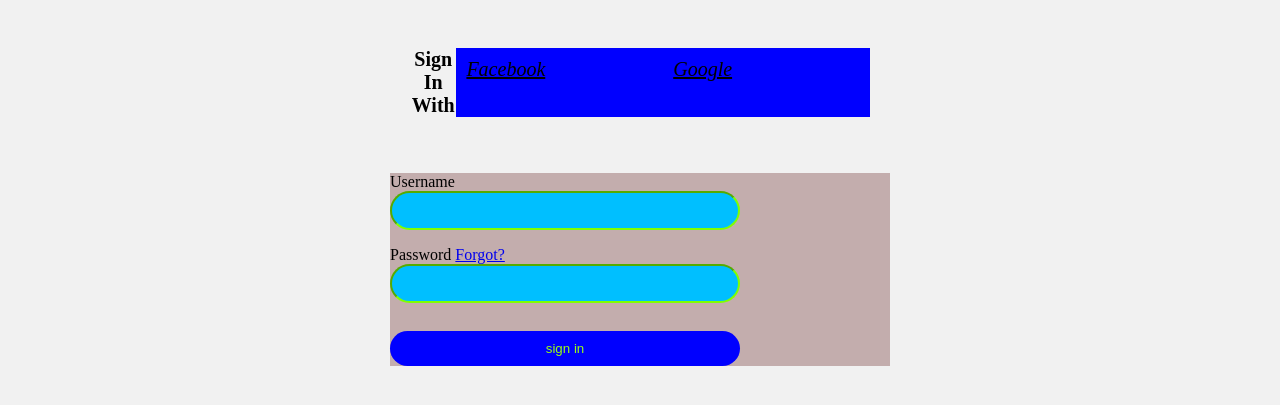
Repository: Tobby004/bdc-assignment-2
Page: index.html
The author's editor kept a copy of each file at every save. The page is drawn from the files as they stood at one save, then again after the next save.
The browser window is 1280 px wide. The pictures show the whole page.

Above is the page before, as saved 2023-02-08 21:58:01.

### index.html
<!DOCTYPE html>
<html lang="en">
<head>
    <meta charset="UTF-8">
    <meta http-equiv="X-UA-Compatible" content="IE=edge">
    <meta name="viewport" content="width=<device-width>, initial-scale=1.0">
    <title>Document</title>
    <link rel="stylesheet" href="task.css">
</head>
<body>
    <header>
    <div class="flex-container">
            <b>
             <center>Sign In With</center>
            </b>
        <br>
        <br>
        <a href="#">
            Facebook</a>
            <a href="#">
                Google
            </a>
            </div>
        </header>

        <div class="form-input">
        <p>Username
            <br>
            <input type="text" placeholder="" />
        </p>
         <p>Password
            <a href="#">Forgot?</a>
            <br>
            <input type="password" /></
         </p>
         <br>
         <button>sign in</button>
        </div>

</body>
</html>

### task.css
*{
    box-sizing: border-box;
}
body {
    background-color: #f1f1f1;
}
header{
    padding: 20px;
    justify-content: right;
}
header a {
    padding: 10px;
    width: 100%;
    max-width: 500px;
    font-style: italic;
    background: blue;
    color: black;
}


.flex-container div {
    max-width: 500px;
    padding: 10px;
    display: block;
    font-size: medium;
    margin-left: auto;
    margin-right: auto;
}
header div {
    display: flex;
    padding: 20px;
    font-size: 20px;
    max-width: 500px;
    margin-left: auto;
    margin-right: auto;
}
.form-input {
    background-color:rgb(195, 173, 173);
    width: 100%;
    max-width: 500px;
    margin-left: auto;
    margin-right: auto ;
}
input {
    display: block;
    width: 70%;
    background-color: deepskyblue;
    border-radius: 20px;
    margin-bottom: 10px;
    padding: 10px;
    border-color: chartreuse;
}
button {
    display: block;
    width: 70%;
    border: none;
    padding: 10px;
    border-radius: 20px;
    background-color: blue;
    color: rgb(153, 255, 20);
}

After the next save:
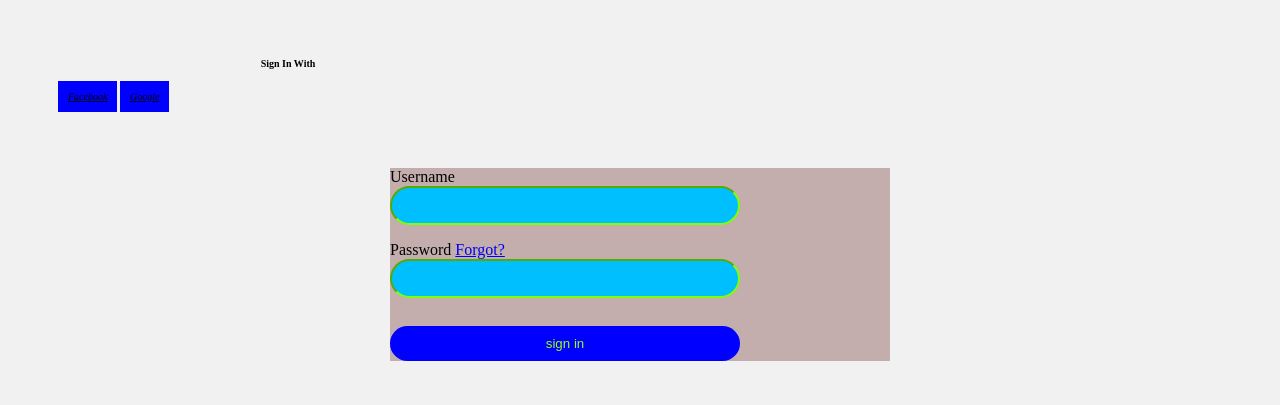
Saved 36 s later.
--- a/task.css
+++ b/task.css
@@ -16,8 +16,13 @@ header a {
     background: blue;
     color: black;
 }
+.flex-container {
+    margin:10px;
+    display: block;
+    padding: 20px;
+    font-size: 10px;
 
-
+}
 .flex-container div {
     max-width: 500px;
     padding: 10px;
